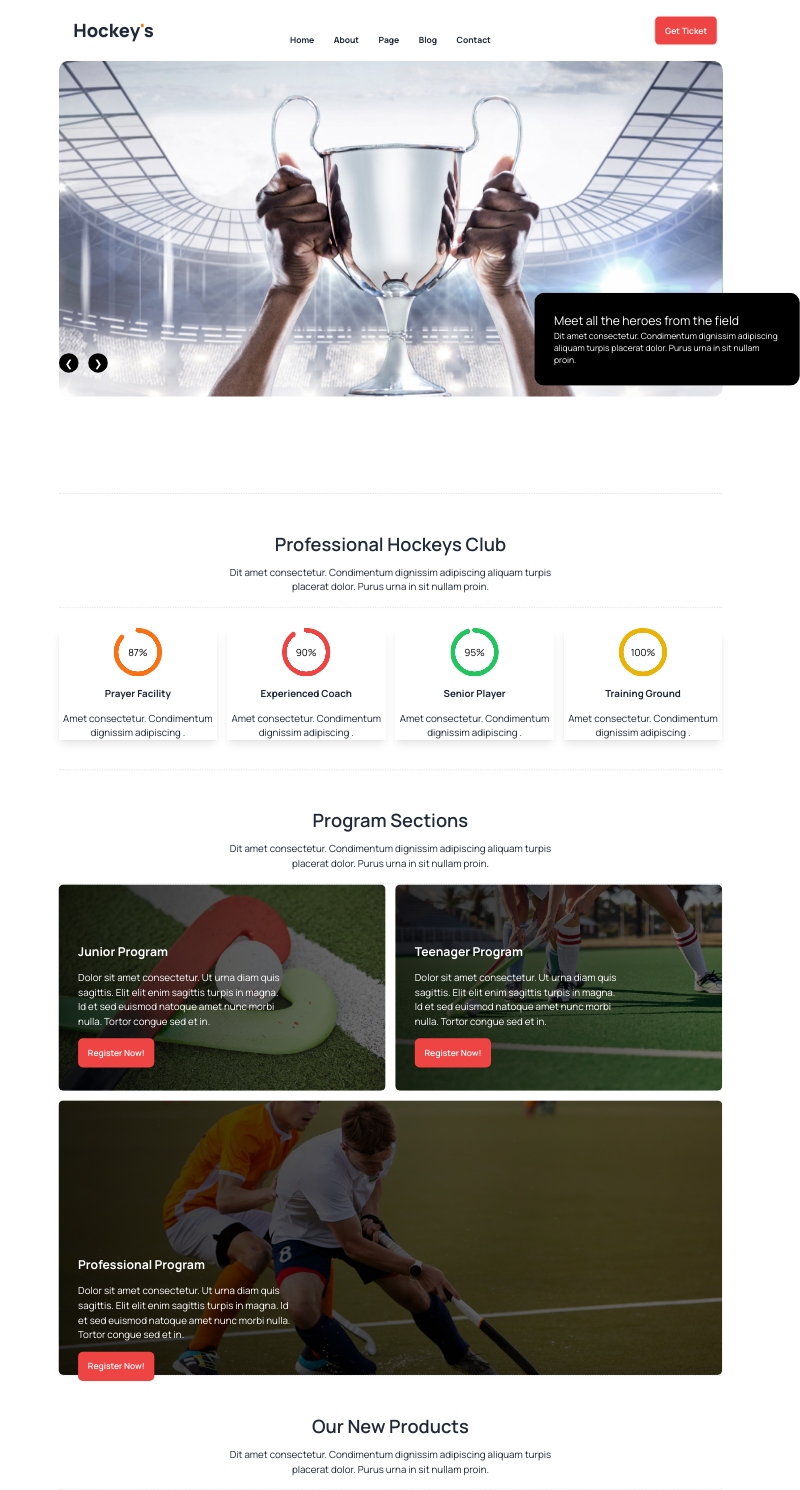
Repository: RudrasahaDibos/Hockey-
Page: index.html
The author's editor kept a copy of each file at every save. The page is drawn from the files as they stood at one save, then again after a run of saves.
The browser window is 1280 px wide. The page is 1311 px wide, so the pictures cover 1311 px, including what lies to the right of the window. The pictures show the whole page, at 61% of full size.
Some web libraries are served in a nearby version.

Above is the page before, as saved 2024-10-23 23:04:13.

### index.html
<!DOCTYPE html>
<html lang="en">
<head>
    <meta charset="UTF-8">
    <meta name="viewport" content="width=device-width, initial-scale=1.0">
    <title>Hockeys</title>
    <!-- Tailwinds css -->
    <link href="https://cdn.jsdelivr.net/npm/daisyui@4.12.13/dist/full.min.css" rel="stylesheet" type="text/css" />
    <script src="https://cdn.tailwindcss.com"></script>
    <!-- Font asome -->
    <link rel="stylesheet" href="https://cdnjs.cloudflare.com/ajax/libs/font-awesome/6.6.0/css/all.min.css" integrity="sha512-Kc323vGBEqzTmouAECnVceyQqyqdsSiqLQISBL29aUW4U/M7pSPA/gEUZQqv1cwx4OnYxTxve5UMg5GT6L4JJg==" crossorigin="anonymous" referrerpolicy="no-referrer" />
   <!-- tailwind custom css -->
   <script>
    tailwind.config = {
      theme: {
        extend: {
          colors: {
            clifford: '#da373d',
          }
        }
      }
    }
  </script>
  <!-- google Font  -->
  <link rel="preconnect" href="https://fonts.googleapis.com">
  <link rel="preconnect" href="https://fonts.gstatic.com" crossorigin>
  <link href="https://fonts.googleapis.com/css2?family=Manrope:wght@200..800&display=swap" rel="stylesheet">

  <style>
.manrope {
  font-family: "Manrope", serif;
}
  </style>

</head>
<body class="manrope">
    <!-- header section start here -->
       <header class="container mx-auto lg:px-24 px-8">
                 <!-- navber start here -->
                     <nav>
                        <div class="navbar bg-base-100">
                            <div class="navbar-start">
                              <div class="dropdown">
                                <div tabindex="0" role="button" class="  lg:hidden">
                                  <svg
                                    xmlns="http://www.w3.org/2000/svg"
                                    class="h-5 w-5"
                                    fill="none"
                                    viewBox="0 0 24 24"
                                    stroke="currentColor">
                                    <path
                                      stroke-linecap="round"
                                      stroke-linejoin="round"
                                      stroke-width="2"
                                      d="M4 6h16M4 12h8m-8 6h16" />
                                  </svg>
                                </div>
                                <ul
                                  tabindex="0"
                                  class="menu menu-sm dropdown-content bg-base-100 rounded-box z-[1] mt-3 w-52 p-2 shadow">

                                    <li><a>Home</a></li>
                                    <li><a>About</a></li>
                                    <li><a>Page</a></li>
                                    <li><a>Blog</a></li>
                                    <li><a>Contact</a></li>

                                </ul>
                              </div>

                              <a class=" ml-4  text-2xl lg:text-3xl font-extrabold ">Hockey<span class="text-orange-500">'</span>s</a>

                            </div>
                            <div class="navbar-center hidden lg:flex">
                              <ul class="menu menu-horizontal px-1 mt-8">
                                <li class="hover:text-orange-500 font-bold"><a>Home</a></li>
                                <li  class="hover:text-orange-500 font-bold"><a>About</a></li>
                                <li  class="hover:text-orange-500 font-bold"><a>Page</a></li>
                                <li  class="hover:text-orange-500 font-bold"><a>Blog</a></li>
                                <li  class="hover:text-orange-500 font-bold"><a>Contact</a></li>
                              </ul>
                            </div>
                            <div class="navbar-end  lg:ml-0 ml-20">

                              <a class="btn bg-red-500 text-white  ">Get Ticket</a>
                            </div>
                          </div>
                     </nav>
                 <!-- navber end here -->

                  <!-- banner start here -->
                     <div>
                      <div class="carousel w-full">
                        <div id="slide1" class="carousel-item relative w-full ">
                          <img
                            src="Images/1.png"
                            class="w-full lg:h-[550px] " />
                          <div class="absolute lg:left-0 lg:right-0 lg:top-[90%] left-[90px] top-[80%] flex -translate-y-1/2 transform gap-4">
                            <div class=" h-8 w-8 rounded-full bg-black text-white flex justify-center items-center ">
                              <a href="#slide4" class="lg:btn lg:btn-circle">❮</a>
                            </div>
                            <div class="h-8 w-8 rounded-full bg-black text-white flex justify-center items-center">
                              <a href="#slide2" class="lg:btn lg:btn-circle ">❯</a>
                            </div>
                          </div>
                        </div>
                        <div id="slide2" class="carousel-item relative w-full">
                          <img
                            src="Images/2.png"
                            class="w-full lg:h-[550px]" />
                            <div class="absolute lg:left-0 lg:right-0 lg:top-[90%] left-[90px] top-[80%] flex -translate-y-1/2 transform gap-4">
                              <div class=" h-8 w-8 rounded-full bg-black text-white flex justify-center items-center ">
                                <a href="#slide1" class="lg:btn lg:btn-circle">❮</a>
                              </div>
                              <div class="h-8 w-8 rounded-full bg-black text-white flex justify-center items-center">
                                <a href="#slide3" class="lg:btn lg:btn-circle ">❯</a>
                              </div>
                            </div>
                        </div>
                        <div id="slide3" class="carousel-item relative w-full">
                          <img
                            src="Images/3.png"
                            class="w-full lg:h-[550px]" />
                            <div class="absolute lg:left-0 lg:right-0 lg:top-[90%] left-[90px] top-[80%] flex -translate-y-1/2 transform gap-4">
                              <div class=" h-8 w-8 rounded-full bg-black text-white flex justify-center items-center ">
                                <a href="#slide2" class="lg:btn lg:btn-circle">❮</a>
                              </div>
                              <div class="h-8 w-8 rounded-full bg-black text-white flex justify-center items-center">
                                <a href="#slide4" class="lg:btn lg:btn-circle ">❯</a>
                              </div>
                            </div>
                        </div>
                        <div id="slide4" class="carousel-item relative w-full">
                          <img
                            src="Images/4.png"
                            class="w-full lg:h-[550px]" />
                            <div class="absolute lg:left-0 lg:right-0 lg:top-[90%] left-[90px] top-[80%] flex -translate-y-1/2 transform gap-4">
                              <div class=" h-8 w-8 rounded-full bg-black text-white flex justify-center items-center ">
                                <a href="#slide3" class="lg:btn lg:btn-circle">❮</a>
                              </div>
                              <div class="h-8 w-8 rounded-full bg-black text-white flex justify-center items-center">
                                <a href="#slide1" class="lg:btn lg:btn-circle ">❯</a>
                              </div>
                            </div>
                        </div>
                      </div>

                        <!-- meet all hero  -->
                        <div class=" card bg-black  p-2 lg:p-8  lg:w-2/5 lg:-translate-y-44 lg:left-[780px]">
                          <div class="">
                            <h2 class="lg:text-xl bold text-white">Meet all the heroes from the field</h2>
                            <p class="text-sm text-white">Dit amet consectetur. Condimentum dignissim adipiscing aliquam   turpis placerat dolor. Purus urna in sit nullam proin. </p>

                          </div>
                        </div>
                      <!-- meet hero ebds -->


                     </div>


                   <!-- banner end here -->
       </header>
       <!-- Header section End here -->

       <!-- Main secetion start here  -->
        <main>
                      <!-- Professional Hockeys Club start here -->
                         <section class=" container mx-auto lg:px-24 px-8 lg:mt-0  mt-5  ">
                                 <div class="text-center space-y-4 border-dotted border-t-2 border-b-2  border-separate h-[189px] lg:pt-16">
                                     <h1 class=" text-xl lg:text-3xl font-semibold">Professional Hockeys Club</h1>
                                     <p class="lg:w-[50%] lg:mx-auto">Dit amet consectetur. Condimentum dignissim adipiscing aliquam turpis placerat dolor. Purus urna in sit nullam proin. </p>
                                 </div>
                                  <div class="mt-8">
                                        <div class="grid grid-cols-1 md:gird-cols-2 lg:grid-cols-4 gap-4 ">
                                                <div class=" h-50 shadow-lg space-y-4 flex flex-col justify-center items-center">
                                                  <div class="radial-progress text-orange-500  " style="--value:87;" role="progressbar"><span class="text-black"> 87%</span></div>
                                                    <h3 class="font-bold">Prayer Facility</h3>
                                                    <p class="text-center">Amet consectetur. Condimentum dignissim adipiscing .</p>
                                                </div>
                                                <div class=" h-50 shadow-lg space-y-4 flex flex-col justify-center items-center">
                                                  <div class="radial-progress text-red-500  " style="--value:90;" role="progressbar"><span class="text-black"> 90%</span></div>
                                                    <h3 class="font-bold">Experienced Coach</h3>
                                                    <p class="text-center">Amet consectetur. Condimentum dignissim adipiscing .</p>
                                                </div>
                                                <div class=" h-50  shadow-lg space-y-4 flex flex-col justify-center items-center">
                                                  <div class="radial-progress text-green-500  " style="--value:95;" role="progressbar"><span class="text-black"> 95%</span></div>
                                                    <h3 class="font-bold">Senior Player</h3>
                                                    <p class="text-center">Amet consectetur. Condimentum dignissim adipiscing .</p>
                                                </div>
                                                <div class=" h-50 shadow-lg space-y-4 flex flex-col justify-center items-center">
                                                  <div class="radial-progress text-yellow-500  " style="--value:100;" role="progressbar"><span class="text-black"> 100%</span></div>
                                                    <h3 class="font-bold">Training Ground</h3>
                                                    <p class="text-center">Amet consectetur. Condimentum dignissim adipiscing .</p>
                                                </div>
                                        </div>
                                  </div>

                         </section>
                       <!-- Professional Hockeys Club end here -->


                       <!-- Program Sections start here -->
                            <section class="container mx-auto lg:px-24 px-8 mt-12 ">
                              <div class="text-center space-y-4 border-dotted border-t-2 border-b-2  border-separate h-[189px] lg:pt-16">
                                <h1 class=" text-xl lg:text-3xl font-semibold">Program Sections</h1>
                                <p class="lg:w-[50%] lg:mx-auto">Dit amet consectetur. Condimentum dignissim adipiscing aliquam turpis placerat dolor. Purus urna in sit nullam proin. </p>
                            </div>
                               <div>
                                <div class="grid  grid-cols-1 lg:grid-cols-2 gap-4">

                                  <div class=" relative bg-no-repeat rounded-lg  bg-center bg-cover  w-full bg-[linear-gradient(90deg,rgb(0,0,0,0.8),rgb(0,0,0,0.5)),url(./images/2.png)] h-[244px] lg:h-[338px]">

                                   <div class="text-start lg:pt-24 space-y-2 lg:space-y-4 pl-8">
                                    <h2 class="text-white text-xl font-bold">Junior Program</h2>
                                    <p class="text-white lg:w-2/3">Dolor sit amet consectetur. Ut urna diam quis sagittis. Elit elit
                                      enim sagittis turpis in magna. Id et sed euismod natoque amet nunc morbi nulla. Tortor congue sed et in.</p>
                                     <button class="btn bg-red-500 border-none text-white">Register Now!</button>
                                   </div>
                                 </div>

                                  <div class="relative  bg-no-repeat rounded-lg  bg-center bg-cover  w-full bg-[linear-gradient(90deg,rgb(0,0,0,0.8),rgb(0,0,0,0.5)),url(./images/3.png)] h-[244px] lg:h-[338px]">
                                    <div class="text-start lg:pt-24 space-y-2 lg:space-y-4 pl-8">
                                      <h2 class="text-white text-xl font-bold">Teenager Program</h2>
                                      <p class="text-white lg:w-2/3">Dolor sit amet consectetur. Ut urna diam quis sagittis. Elit elit
                                        enim sagittis turpis in magna. Id et sed euismod natoque amet nunc morbi nulla. Tortor congue sed et in.</p>
                                       <button class="btn bg-red-500 border-none text-white">Register Now!</button>
                                     </div>
                                  </div>
                                  <div class=" lg:col-span-2 relative  rounded-lg  bg-center bg-cover w-full bg-[linear-gradient(90deg,rgb(0,0,0,0.8),rgb(0,0,0,0.5)),url(./images/4.png)] h-[244px] lg:h-[450px]">
                                    <div class="text-start lg:pt-64 space-y-2 lg:space-y-4 pl-8">
                                      <h2 class="text-white text-xl font-bold">Professional Program</h2>
                                      <p class="text-white lg:w-1/3">Dolor sit amet consectetur. Ut urna diam quis sagittis. Elit elit
                                        enim sagittis turpis in magna. Id et sed euismod natoque amet nunc morbi nulla. Tortor congue sed et in.</p>
                                       <button class="btn bg-red-500 border-none text-white">Register Now!</button>
                                     </div>
                                  </div>
                                </div>
                               </div>
                            </section>

                       <!-- Program Sections end here -->


                       <!-- Our New Products start here -->
                        <section class="container mx-auto lg:px-24 px-8">
                          <div class="text-center space-y-4 border-dotted border-t-2 border-b-2  border-separate h-[189px] lg:pt-16">
                            <h1 class=" text-xl lg:text-3xl font-semibold">Our New Products</h1>
                            <p class="lg:w-[50%] lg:mx-auto">Dit amet consectetur. Condimentum dignissim adipiscing aliquam turpis placerat dolor. Purus urna in sit nullam proin. </p>
                          </div>

                        </section>

                       <!-- Our New Products end here -->
        </main>
        <!-- main section end here -->

</body>
</html>

After the next 2 saves:
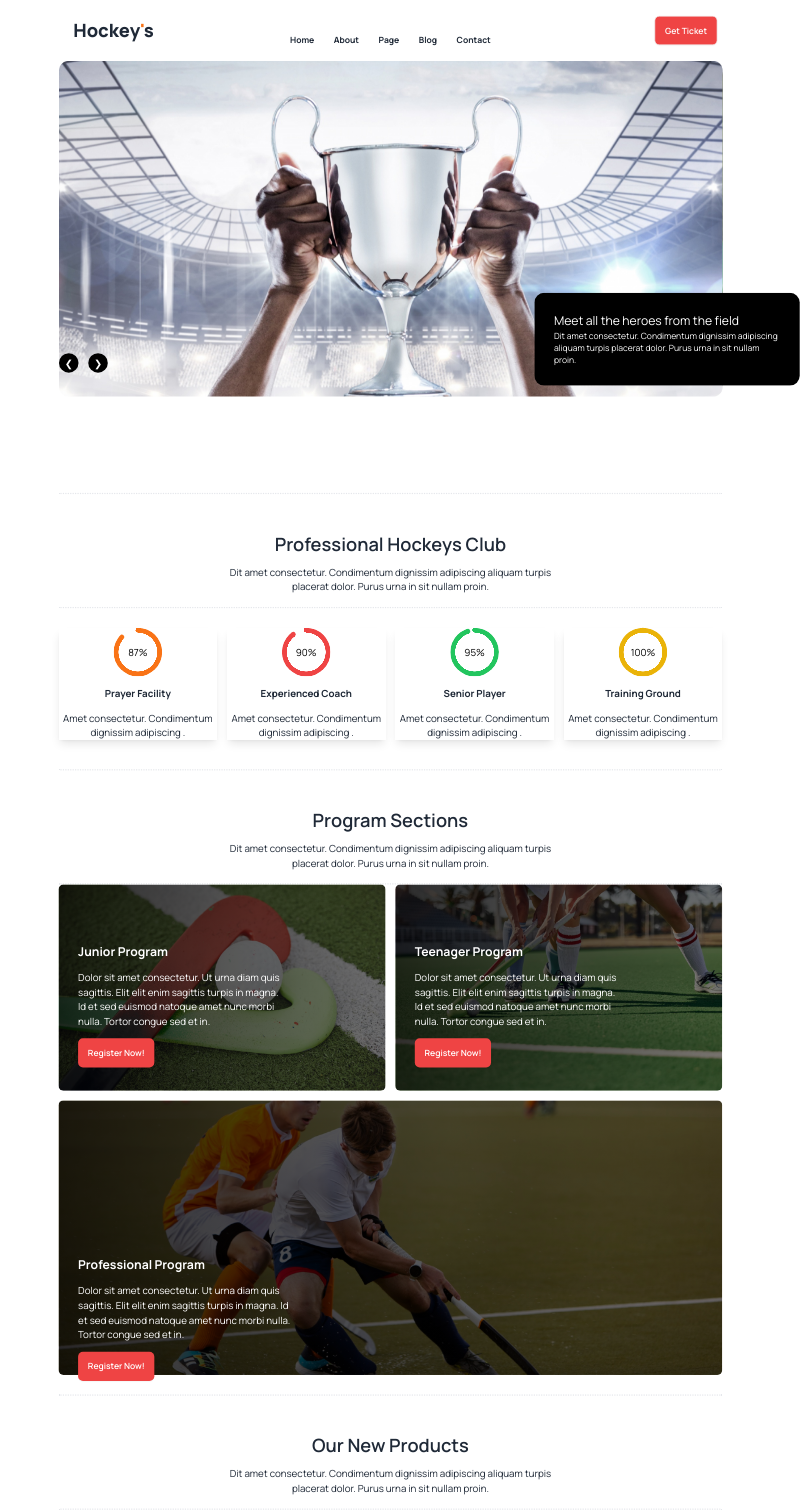
The 2 saves are shown as one change because they came seconds apart.
The last was saved 38 s later.
--- a/index.html
+++ b/index.html
@@ -243,7 +243,7 @@
 
 
                        <!-- Our New Products start here -->
-                        <section class="container mx-auto lg:px-24 px-8">
+                        <section class="container mx-auto lg:px-24 px-8 mt-8">
                           <div class="text-center space-y-4 border-dotted border-t-2 border-b-2  border-separate h-[189px] lg:pt-16">
                             <h1 class=" text-xl lg:text-3xl font-semibold">Our New Products</h1>
                             <p class="lg:w-[50%] lg:mx-auto">Dit amet consectetur. Condimentum dignissim adipiscing aliquam turpis placerat dolor. Purus urna in sit nullam proin. </p>
